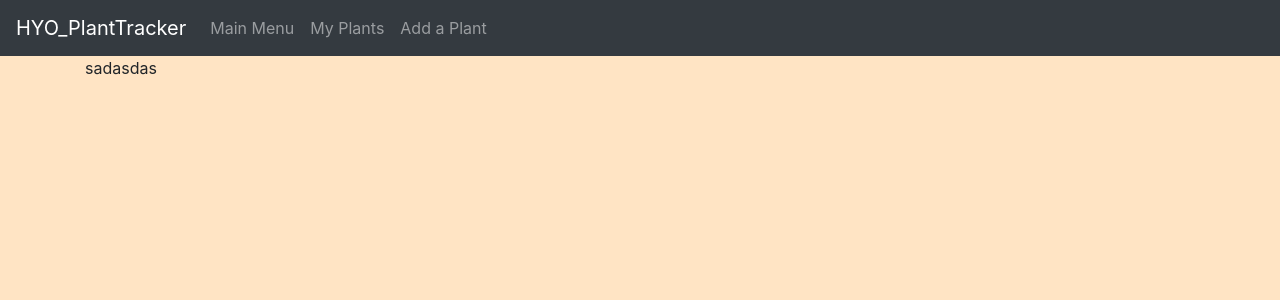
Repository: emersonwilliams/HYO_PlantTracker
Page: capstone_app/plant_tracker/templates/myplants.html
The author's editor kept a copy of each file at every save. The page is drawn from the files as they stood at one save, then again after the next save.
The browser window is 1280 px wide. The pictures show the whole page.

Above is the page before, as saved 2020-08-01 23:35:04.

### capstone_app/plant_tracker/templates/myplants.html
<!-- this is the page where you can see all of your plants -->

<!DOCTYPE html>
<html lang="en">
<head>
    <meta charset="UTF-8">
    <title>Title</title>
    <link rel="stylesheet" href="https://stackpath.bootstrapcdn.com/bootstrap/4.5.0/css/bootstrap.min.css" integrity="sha384-9aIt2nRpC12Uk9gS9baDl411NQApFmC26EwAOH8WgZl5MYYxFfc+NcPb1dKGj7Sk" crossorigin="anonymous">
    <script src="https://code.jquery.com/jquery-3.5.1.slim.min.js" integrity="sha384-DfXdz2htPH0lsSSs5nCTpuj/zy4C+OGpamoFVy38MVBnE+IbbVYUew+OrCXaRkfj" crossorigin="anonymous"></script>
    <script src="https://cdn.jsdelivr.net/npm/popper.js@1.16.0/dist/umd/popper.min.js" integrity="sha384-Q6E9RHvbIyZFJoft+2mJbHaEWldlvI9IOYy5n3zV9zzTtmI3UksdQRVvoxMfooAo" crossorigin="anonymous"></script>
    <link rel="stylesheet" type = "text/css" href='..static/css/myplants.css'>

</head>

<body>

    <nav class="navbar navbar-expand-lg navbar-dark bg-dark">
    <a class="navbar-brand" href="#">HYO_PlantTracker</a>
    <button class="navbar-toggler" type="button" data-toggle="collapse" data-target="#navbarNavAltMarkup" aria-controls="navbarNavAltMarkup" aria-expanded="false" aria-label="Toggle navigation">
      <span class="navbar-toggler-icon"></span>
    </button>
    <div class="collapse navbar-collapse" id="navbarNavAltMarkup">
      <div class="navbar-nav">
        <a class="nav-item nav-link  op1" href="#">Main Menu <span class="sr-only"></span></a>
        <a class="nav-item nav-link op1 " href="#">My Plants</a>
        <a class="nav-item nav-link op1" href="#">Add a Plant</a>
      </div>
    </div>
  </nav>

    <div class="container">
    <!-- Content here -->
    <div>sadasdas</div>

    </div>

</body>

### capstone_app/plant_tracker/static/css/myplants.css
.nav-item {
    padding-left:3.8em;
    padding-right:3.8em;
  }

 body{
    fill: blue;
    color:'black';
    background-color: bisque;
  }

After the next save:
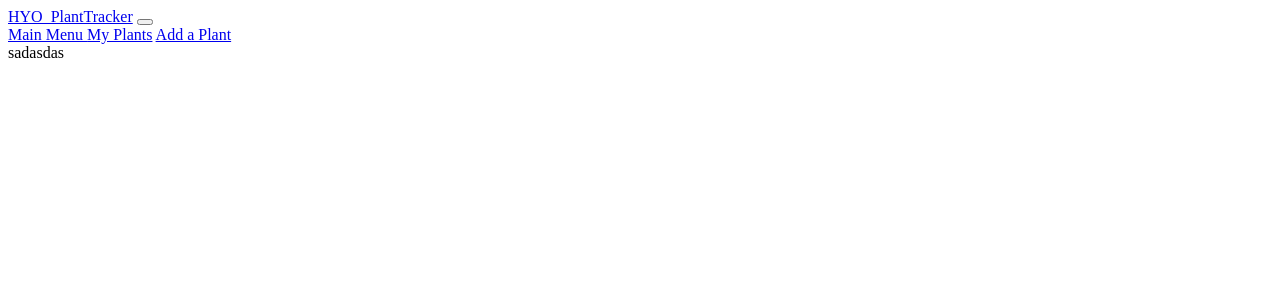
Saved 3 min 54 s later.
--- a/capstone_app/plant_tracker/templates/myplants.html
+++ b/capstone_app/plant_tracker/templates/myplants.html
@@ -4,11 +4,11 @@
 <html lang="en">
 <head>
     <meta charset="UTF-8">
-    <title>Title</title>
+    <!-- <title>Title</title>
     <link rel="stylesheet" href="https://stackpath.bootstrapcdn.com/bootstrap/4.5.0/css/bootstrap.min.css" integrity="sha384-9aIt2nRpC12Uk9gS9baDl411NQApFmC26EwAOH8WgZl5MYYxFfc+NcPb1dKGj7Sk" crossorigin="anonymous">
     <script src="https://code.jquery.com/jquery-3.5.1.slim.min.js" integrity="sha384-DfXdz2htPH0lsSSs5nCTpuj/zy4C+OGpamoFVy38MVBnE+IbbVYUew+OrCXaRkfj" crossorigin="anonymous"></script>
     <script src="https://cdn.jsdelivr.net/npm/popper.js@1.16.0/dist/umd/popper.min.js" integrity="sha384-Q6E9RHvbIyZFJoft+2mJbHaEWldlvI9IOYy5n3zV9zzTtmI3UksdQRVvoxMfooAo" crossorigin="anonymous"></script>
-    <link rel="stylesheet" type = "text/css" href='..static/css/myplants.css'>
+    <link rel="stylesheet" type = "text/css" href='..static/css/myplants.css'> -->
 
 </head>
 
